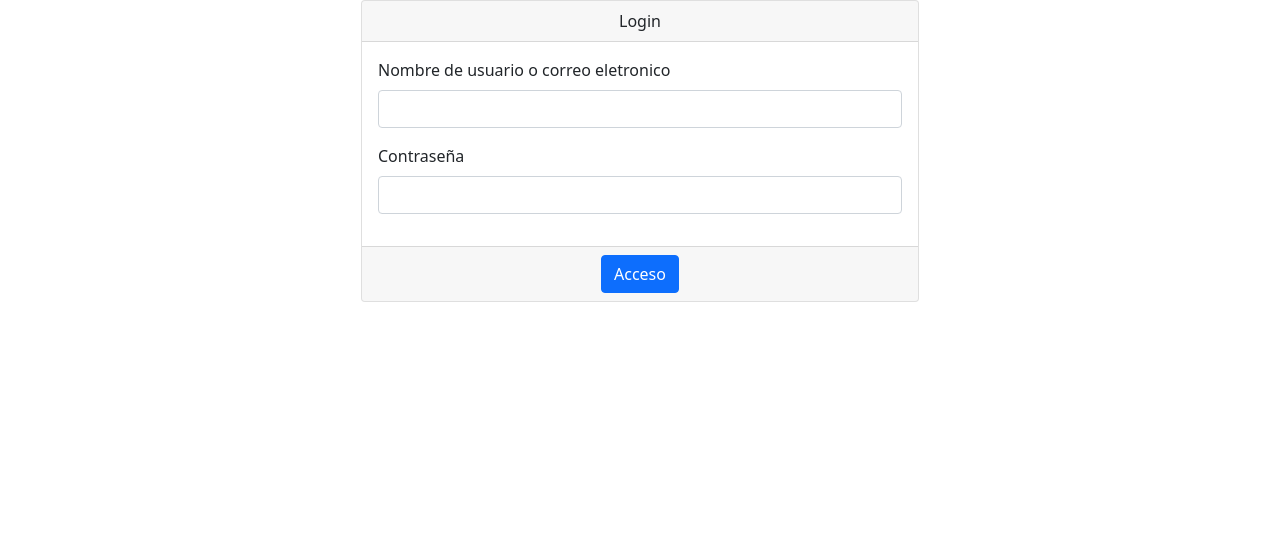
Repository: j0sh-404/control-clases-alumnos
Page: vista/login/login.html
The author's editor kept a copy of each file at every save. The page is drawn from the files as they stood at one save, then again after the next save.
The browser window is 1280 px wide. The pictures show the whole page.

Above is the page before, as saved 2022-07-09 15:21:37.

### vista/login/login.html
<!DOCTYPE html>
<html lang="es">
<head>
    <title>Login</title>
    <meta charset="UTF-8">
    <meta name="Login" content="Título de la WEB">
    <meta name="description" content="Descripción de la WEB">

    <!-- Bootstrap 5 -->
    <link href="https://cdn.jsdelivr.net/npm/bootstrap@5.0.2/dist/css/bootstrap.min.css" rel="stylesheet" integrity="sha384-EVSTQN3/azprG1Anm3QDgpJLIm9Nao0Yz1ztcQTwFspd3yD65VohhpuuCOmLASjC" crossorigin="anonymous">
    <link rel="stylesheet" href="./login.css">
  </head>
<body>
     <div id="alertaError">
      <div class="alert alert-danger alert-dismissible fade show" role="alert">
        <div id="textoError"></div>
        <button type="button" class="btn-close" data-bs-dismiss="alert" aria-label="Close"></button>
      </div>
     </div>
    <div class="container col-sm-12">
      <div class="card col-sm-6 mx-auto">
        <div class="card-header text-center">
          Login
        </div>
        <div class="card-body">
            <form>
                <div class="mb-3">
                  <label for="accesoCorreo" class="form-label">Nombre de usuario o correo eletronico </label>
                  <input type="email" class="form-control" id="accesoCorreo" aria-describedby="emailHelp">
                </div>
                <div class="mb-3 text-left">
                  <label for="accesoClave" class="form-label">Contraseña</label>
                  <input type="password" class="form-control" id="accesoClave">
                </div>
              </form>
        </div>
        <div class="card-footer text-muted text-center">
         <button class="btn btn-primary" onclick="accesoUsuario()">Acceso</button>
        </div>
      </div>
    </div>
<script src="https://code.jquery.com/jquery-3.6.0.js" integrity="sha256-H+K7U5CnXl1h5ywQfKtSj8PCmoN9aaq30gDh27Xc0jk=" crossorigin="anonymous"></script>
<script>
   $('#alertaError').hide();
</script>
<script src="https://cdn.jsdelivr.net/npm/bootstrap@5.0.2/dist/js/bootstrap.bundle.min.js" integrity="sha384-MrcW6ZMFYlzcLA8Nl+NtUVF0sA7MsXsP1UyJoMp4YLEuNSfAP+JcXn/tWtIaxVXM" crossorigin="anonymous"></script>
<script src="../../controlador/login/login.js"></script>
</body>
</html>

### vista/login/login.css
.estilo-tarjeta{
    padding-top: 200px;
}

### controlador/login/login.js

function accesoUsuario (){
    const usuario = $("#accesoCorreo").val();
    const clave =$("#accesoClave").val();
}

After the next save:
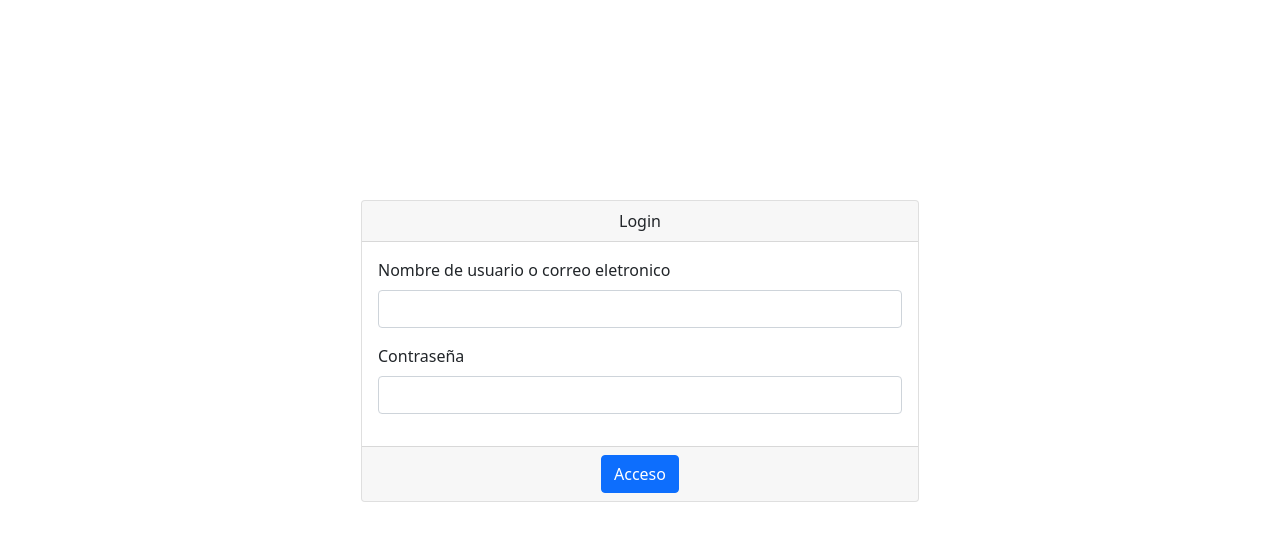
Saved 23 s later.
--- a/vista/login/login.html
+++ b/vista/login/login.html
@@ -17,7 +17,7 @@
         <button type="button" class="btn-close" data-bs-dismiss="alert" aria-label="Close"></button>
       </div>
      </div>
-    <div class="container col-sm-12">
+    <div class="container col-sm-12 estilo-tarjeta">
       <div class="card col-sm-6 mx-auto">
         <div class="card-header text-center">
           Login
